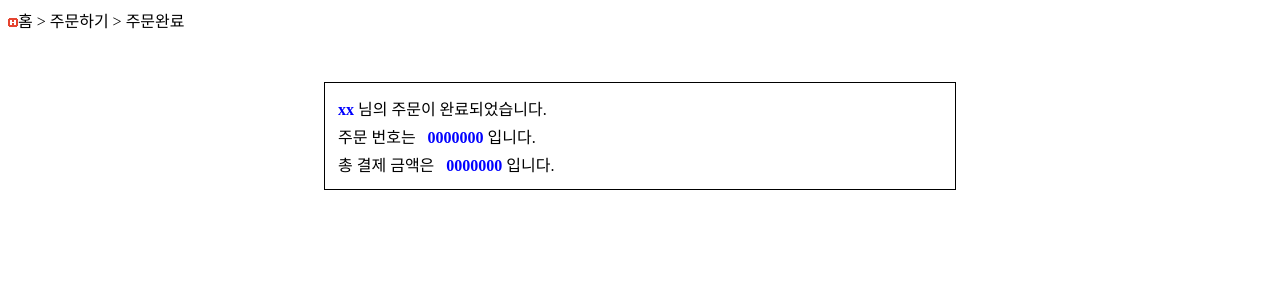
Repository: heeya90/ProjectShoppingMall
Page: http://localhost/ProjectShoppingMall/order/order_end.jsp
An editor plug-in stored every save of this project. The page is shown before and after the next save, followed by the edit.
The browser window is 1280 px wide. The pictures show the whole page.
The page is served by Tomcat 9.

Above is the page before, as saved 2012-07-30 08:25:54.

### ProjectShoppingMall/WebContent/order/order_end.jsp
<%@ page language="java" contentType="text/html; charset=EUC-KR"
    pageEncoding="EUC-KR"%>
<style type="text/css">

.tab{
	border:1px solid black;
	margin-top:50px;
	padding:10px;
	width:50%
}
.bold{
	color:blue;
	font-weight:bold;
}
</style>
<div class="sub_loca"><img src="./img/icon_home.gif" alt="현재위치" />홈 > 주문하기 > 주문완료</div>
	<table align="center" class="tab">
		<tr>
			<td>
				<label class="bold">xx</label>
				<label>님의 주문이 완료되었습니다.</label>
			</td>
		</tr>
		<tr>
			<td>
				<label>주문 번호는 </label> &nbsp;
				<label class="bold">0000000</label>
				<label>입니다.</label>
			</td>
		</tr>
		<tr>
			<td>
				<label>총 결제 금액은</label> &nbsp;
				<label class="bold">0000000</label>
				<label>입니다.</label>
			</td>
		</tr>
	</table>

After the next save:
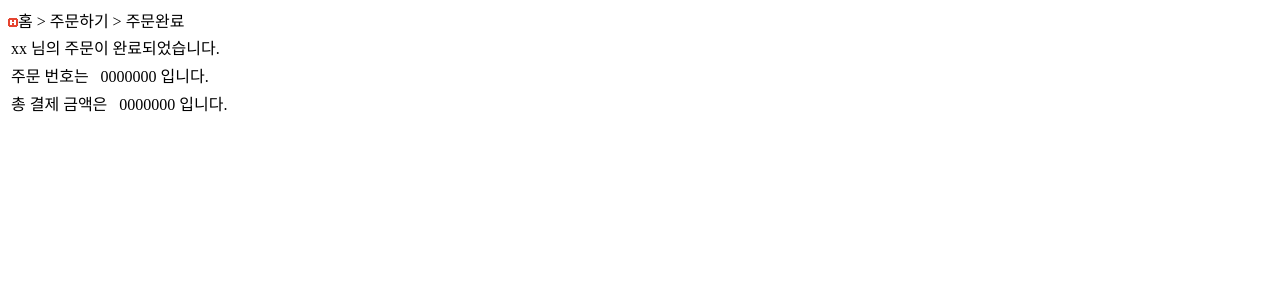
Saved 4 min 44 s later.
--- a/ProjectShoppingMall/WebContent/order/order_end.jsp
+++ b/ProjectShoppingMall/WebContent/order/order_end.jsp
@@ -1,20 +1,11 @@
 <%@ page language="java" contentType="text/html; charset=EUC-KR"
     pageEncoding="EUC-KR"%>
-<style type="text/css">
 
-.tab{
-	border:1px solid black;
-	margin-top:50px;
-	padding:10px;
-	width:50%
-}
-.bold{
-	color:blue;
-	font-weight:bold;
-}
-</style>
-<div class="sub_loca"><img src="./img/icon_home.gif" alt="현재위치" />홈 > 주문하기 > 주문완료</div>
-	<table align="center" class="tab">
+	<div class="sub_loca">
+		<img src="./img/icon_home.gif" alt="현재위치" />홈  > 주문하기 > 주문완료
+	</div>
+
+	<table class="jw_post_table" style="align:center; width:50%">
 		<tr>
 			<td>
 				<label class="bold">xx</label>
